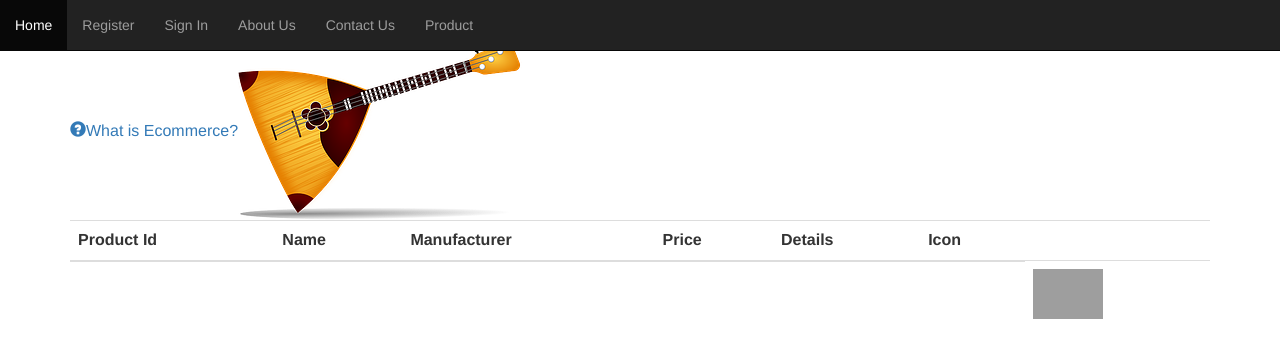
Repository: aradhana15/myFinalRepository
Page: http://localhost/music/WEB-INF/views/productDesc.jsp
These files come from the project's save history. The page is drawn as it stood at one moment and after the next save; the edit follows.
The browser window is 1280 px wide. The pictures show the whole page.
The page is served by Tomcat 9. Nobody is signed in. The template is opened directly, without the code that normally fills it, so the values that code supplies are empty.

Above is the page before, as saved 2016-04-23 12:46:54.
Console error (its wording comes from the project's code and is left out).

After the next save:
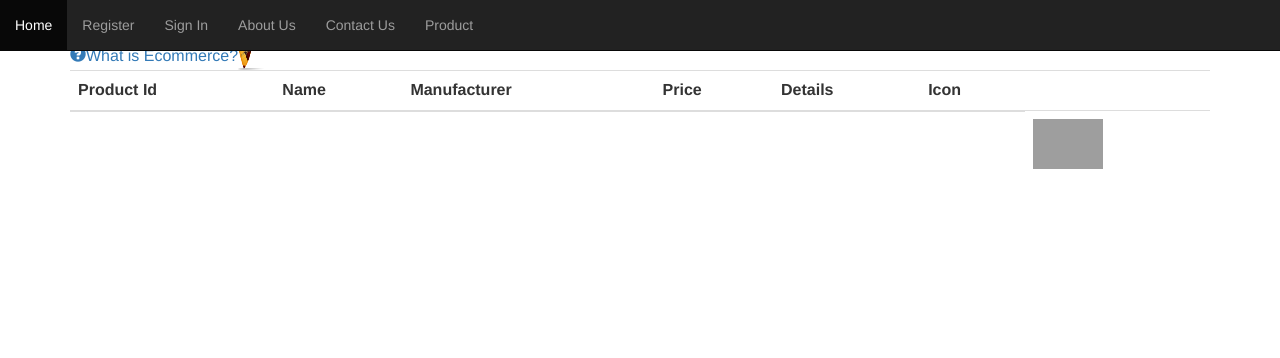
Saved 38 s later.
--- a/wwf/music/src/main/webapp/WEB-INF/views/header.jsp
+++ b/wwf/music/src/main/webapp/WEB-INF/views/header.jsp
@@ -46,7 +46,7 @@
 		<table>
 			<tr><td><a href="whatecomm"> <i
 					class="glyphicon glyphicon-question-sign"></i>What is Ecommerce?</a> </td>
-					<td><img src="<c:url value='/resources/images/guitar.jpg'/>"></td></tr>
+					<td><img src="<c:url value='/resources/images/guitar.jpg'/>" height="30px" width="30px"></td></tr>
 		</table>
 
 
